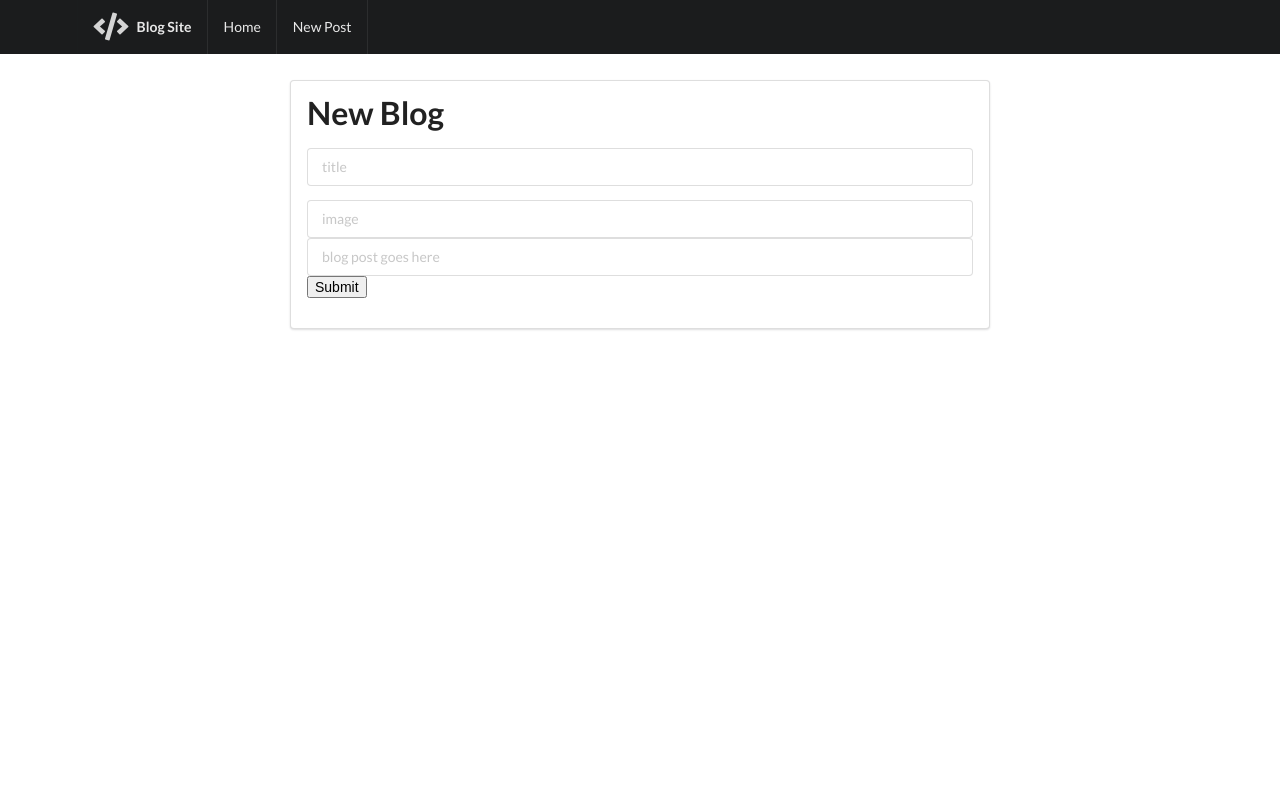
Repository: msuzuki23/AWS-Cloud9-YelpCamp
Page: http://localhost/blogs/new
The author's editor kept a record of every edit. The page is drawn from the files as they stood at one moment, then again after the next edit.
The browser window is 1280 px wide. The pictures show the whole page.
The page is served by the project's Node server (RestBlogs/app.js).

Above is the page before.

After the next edit:
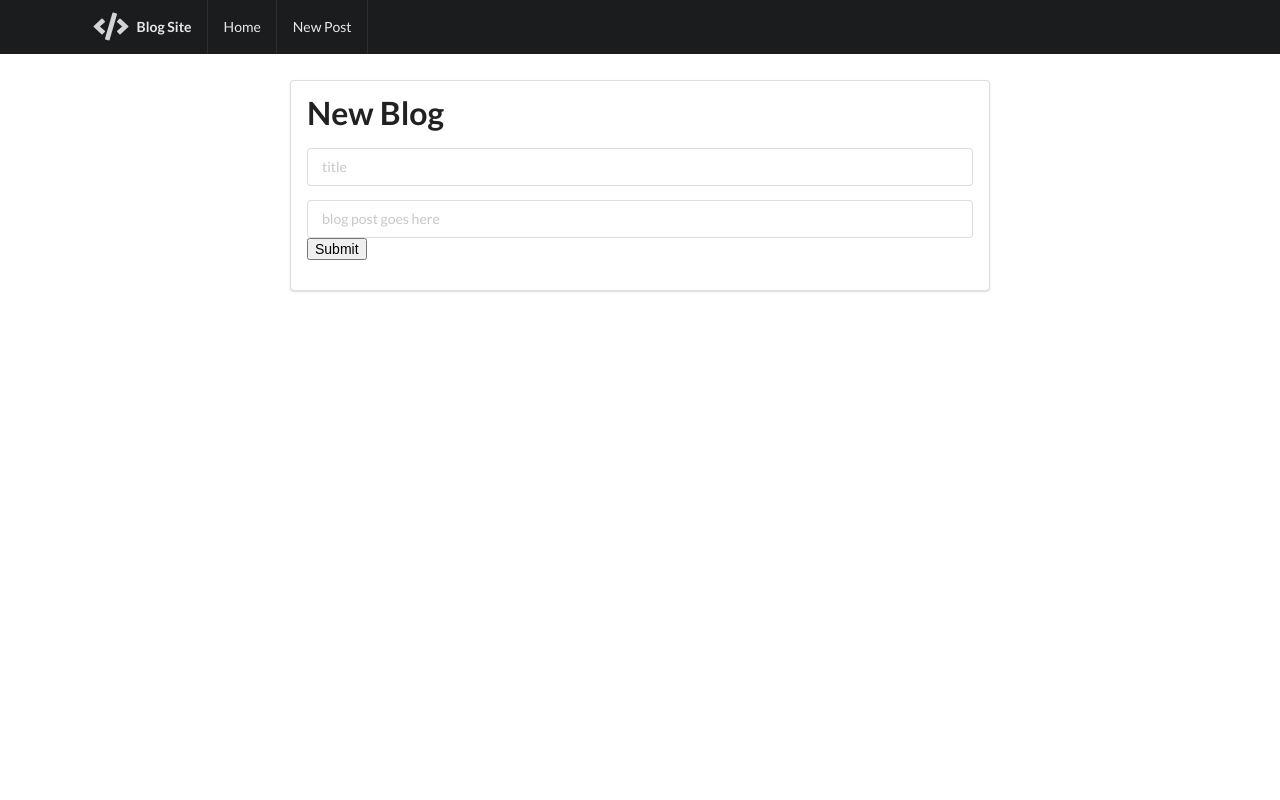
The edit:
--- a/RestBlogs/views/new.ejs
+++ b/RestBlogs/views/new.ejs
@@ -9,7 +9,7 @@
 
         </div>
 
-        <input type="text" name="blog[image]" placeholder="image">
+
         <input type="text" name="blog[body]" placeholder="blog post goes here">
         <input type="submit">
     </form>
